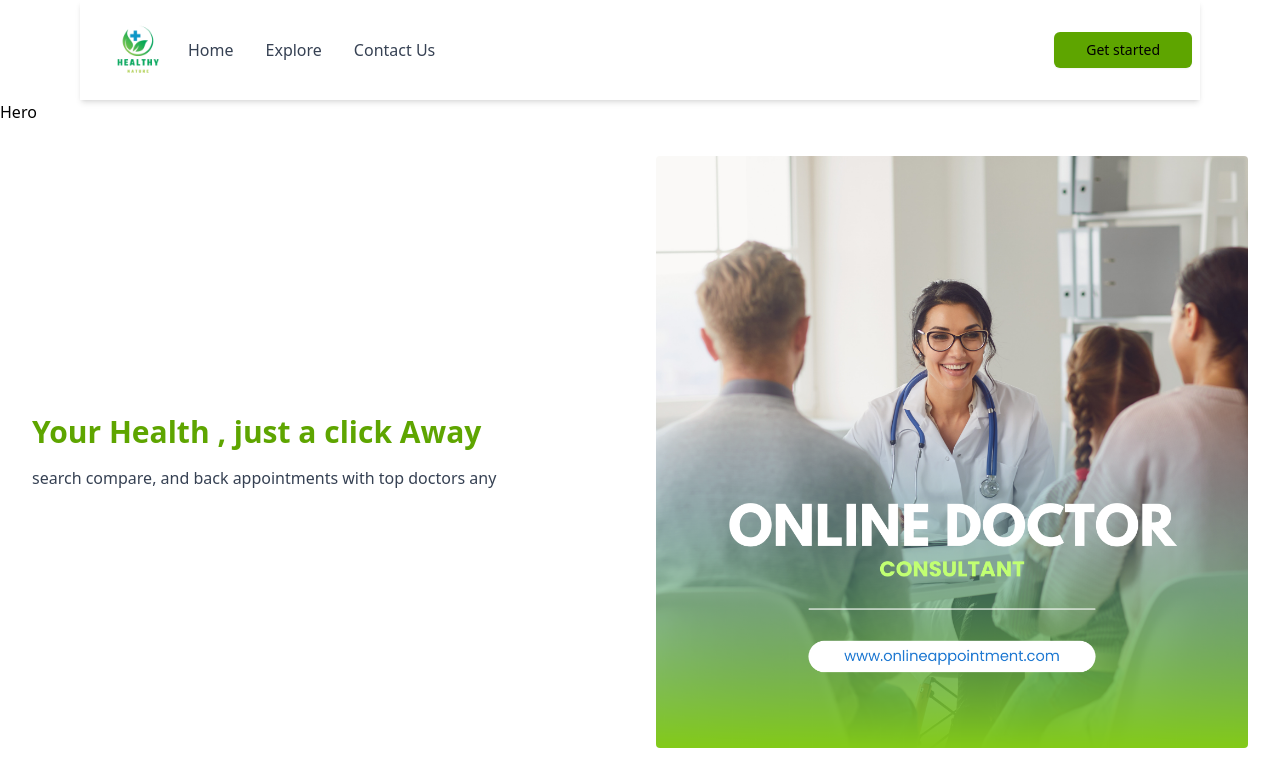
Repository: Muyassar-Mamdoh-Salem/appooinetment_app_frontend
Page: /
An editor plug-in stored every save of this project. The page is shown before and after a run of saves, followed by the edit.
The browser window is 1280 px wide. The pictures show the whole page.
The project was rebuilt for these pictures with package versions that can differ from the ones it lists, and the page was loaded fresh each time. The framework's server and built-in components were replaced by stand-ins that run in the browser. Also part of the build but not shown: next.config.mjs.

Above is the page before, as saved 2025-07-03 15:22:02.

After the next 4 saves:
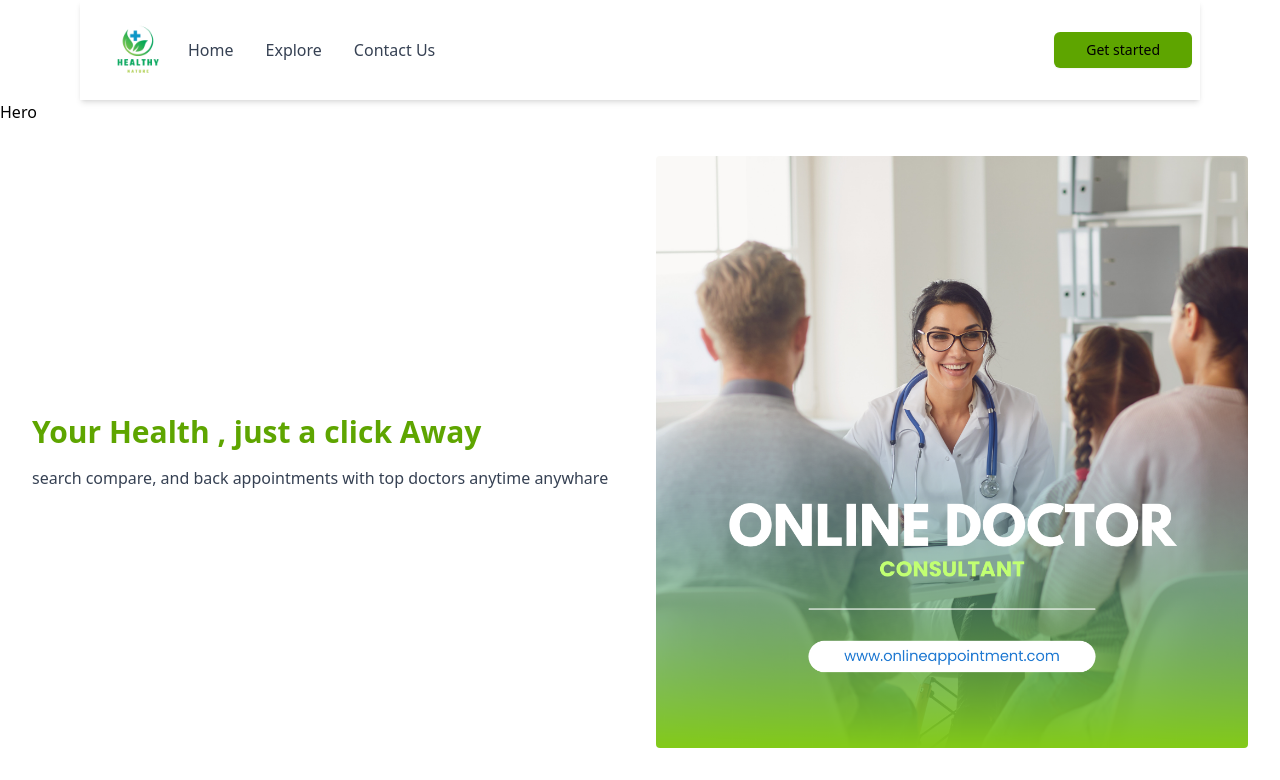
The 4 saves are shown as one change because they came seconds apart.
The last was saved 19 s later.
--- a/app/_compnents/Hero.jsx
+++ b/app/_compnents/Hero.jsx
@@ -13,7 +13,7 @@ function Hero() {
           </h2>
 
           <p className="mt-4 text-gray-700">
-           search compare, and back appointments with top doctors any
+           search compare, and back appointments with top doctors anytime anywhare
           </p>
         </div>
       </div>
